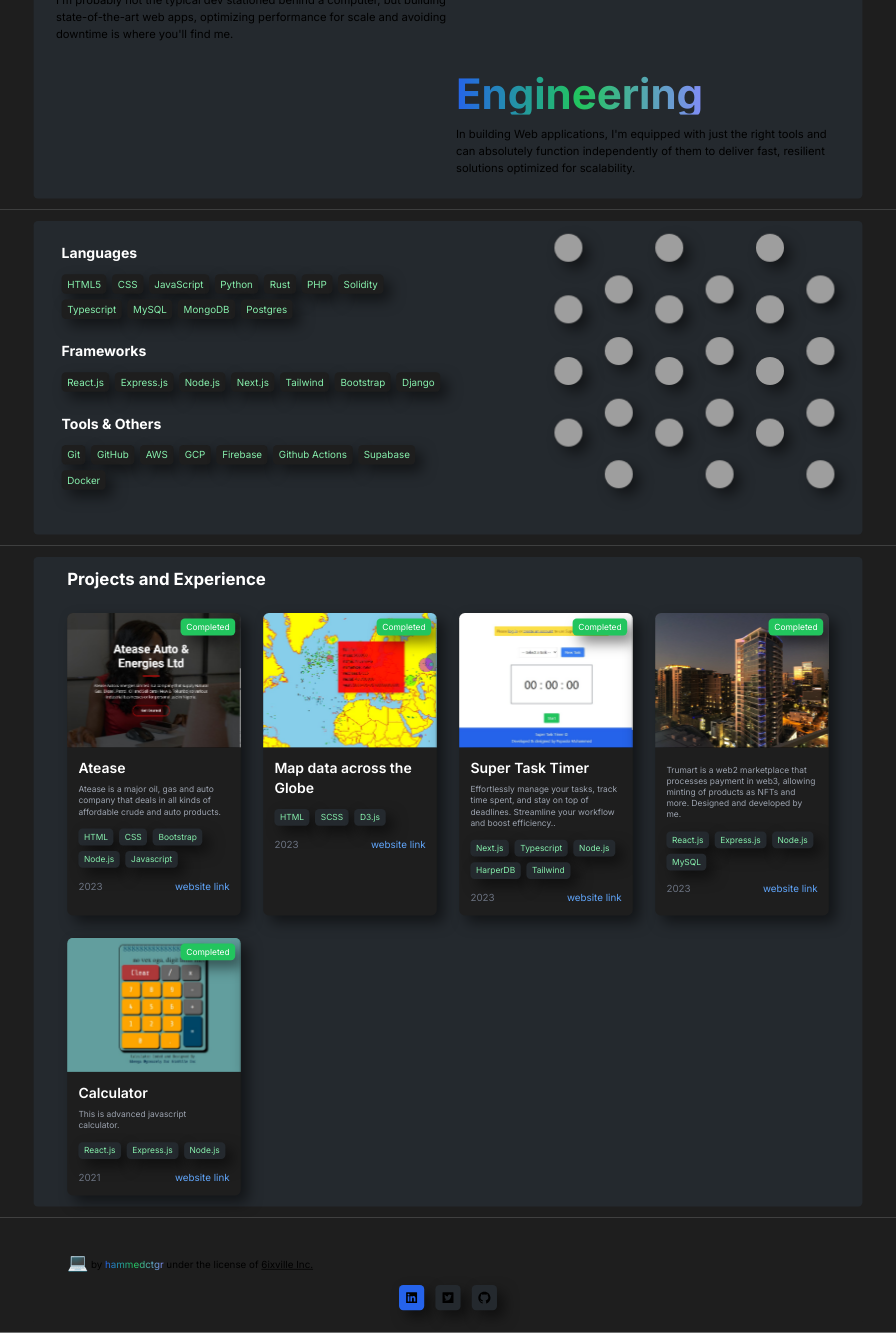
Repository: muhammedctgr/hammedctgr
Page: /
An editor plug-in stored every save of this project. The page is shown before and after the next save, followed by the edit.
The browser window is 1280 px wide. The pictures show the part of the page from y = 744 to 2664 px (the page is 2648 px tall before and 2664 px after), at 70% of full size.
Pictures or frames that could not be fetched are drawn as grey boxes. The project was rebuilt for these pictures with package versions that can differ from the ones it lists, and the page was loaded fresh each time. The framework's server and built-in components were replaced by stand-ins that run in the browser. Also part of the build but not shown: next.config.mjs.

Above is the page before, as saved 2024-08-17 20:12:04.

After the next save:
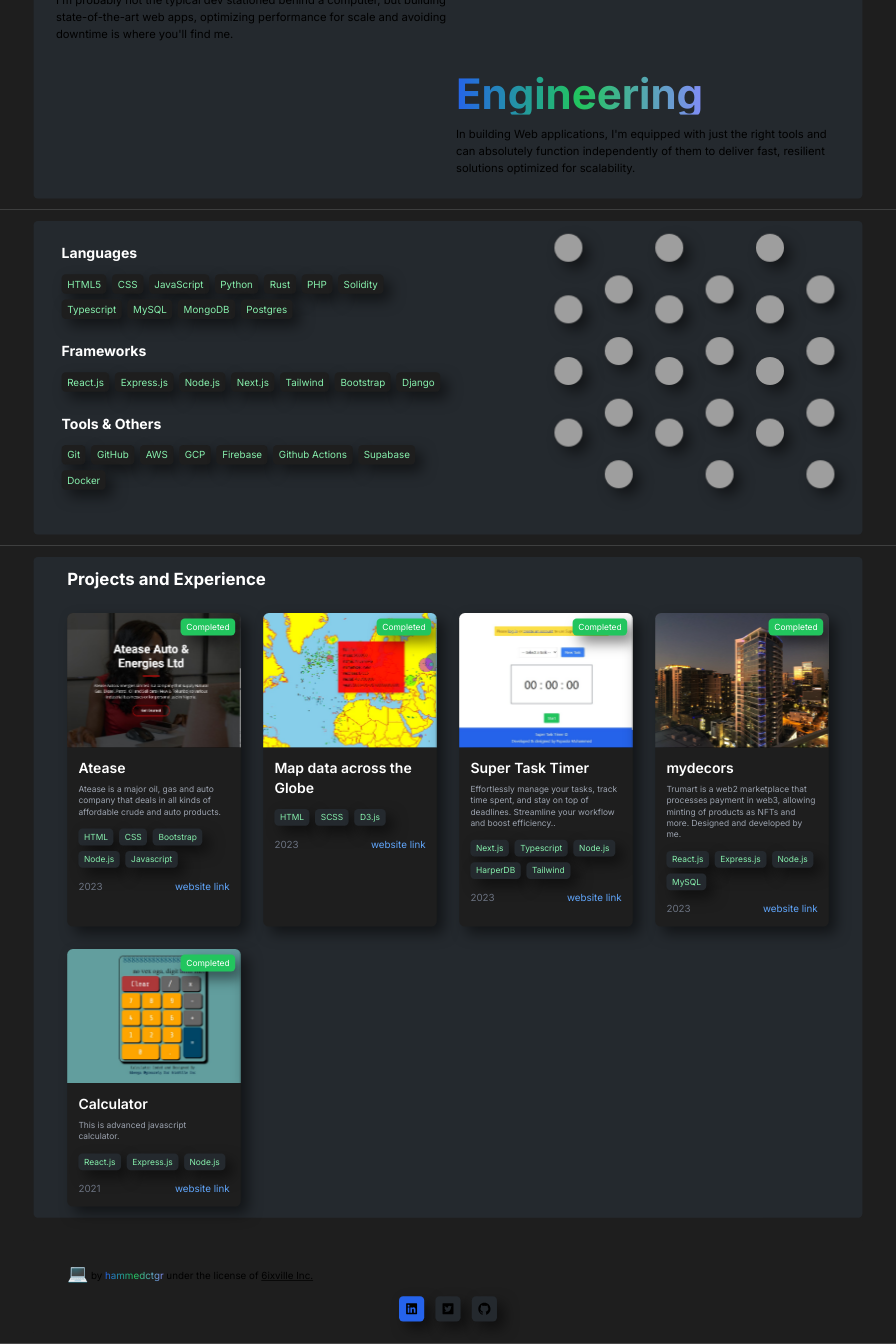
Saved 17 s later.
--- a/components/ProjectsSection.tsx
+++ b/components/ProjectsSection.tsx
@@ -39,7 +39,7 @@ const projects: Project[] = [
     link: "https://super-task-timer-5o5i.vercel.app/",
   },
   {
-    title: "",
+    title: "mydecors",
     description: "Trumart is a web2 marketplace that processes payment in web3, allowing minting of products as NFTs and more. Designed and developed by me.",
     technologies: ["React.js", "Express.js", "Node.js", "MySQL"],
     date: "2023",
